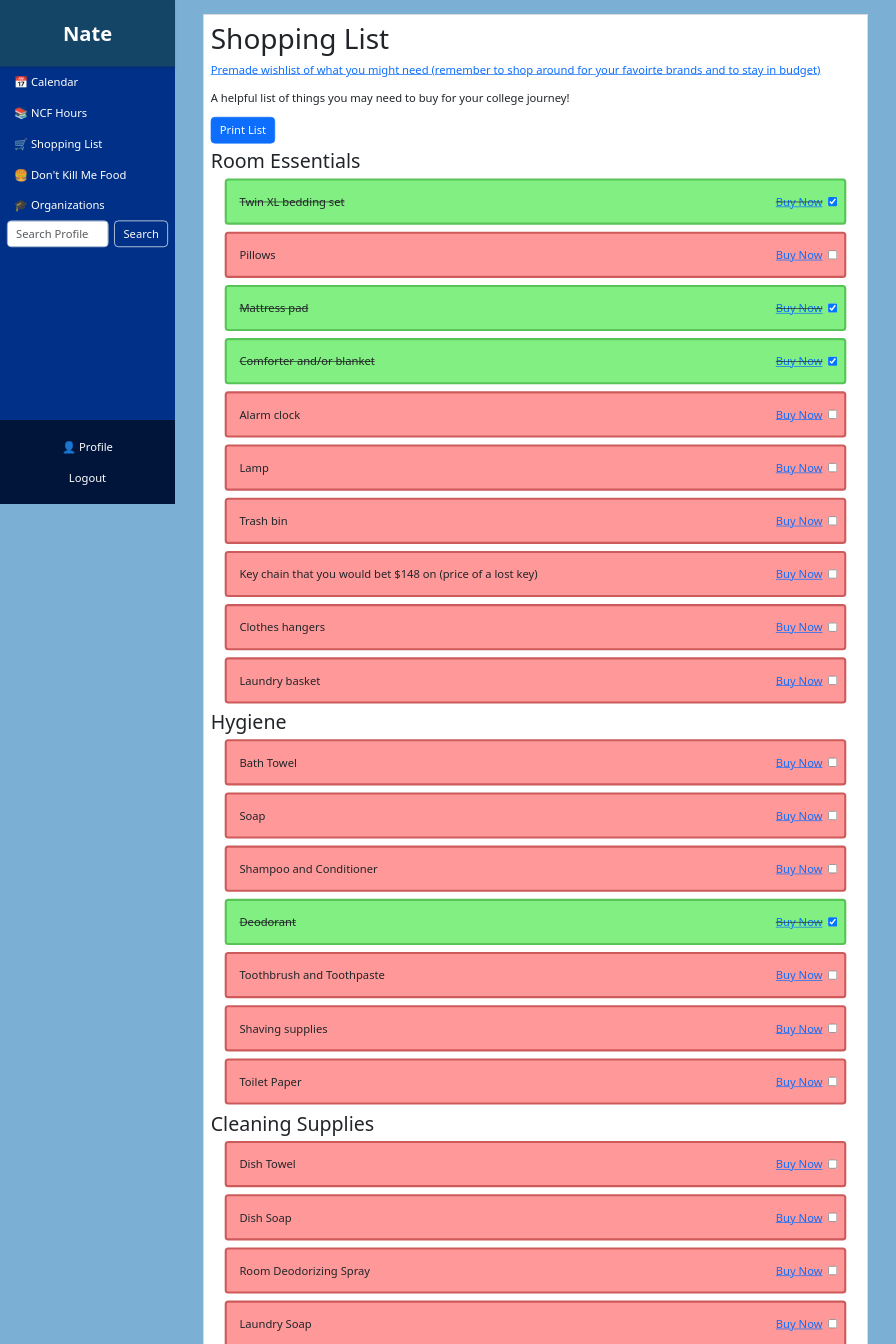
Repository: NateClarkTech/SoftwareEngineeringProject2
Page: http://localhost/shoppinglist/
The author's editor kept a copy of each file at every save. The page is drawn from the files as they stood at one save, then again after the next save.
The browser window is 1280 px wide. The pictures show the part of the page from y = 0 to 1920 px (the page is 4421 px tall), at 70% of full size.
The page is served by the project's application, run on Django 5.2 (manage.py). The first stored user is signed in. The page reads the database file committed with the project.

Above is the page before, as saved 2024-03-12 18:02:28.

After the next save:
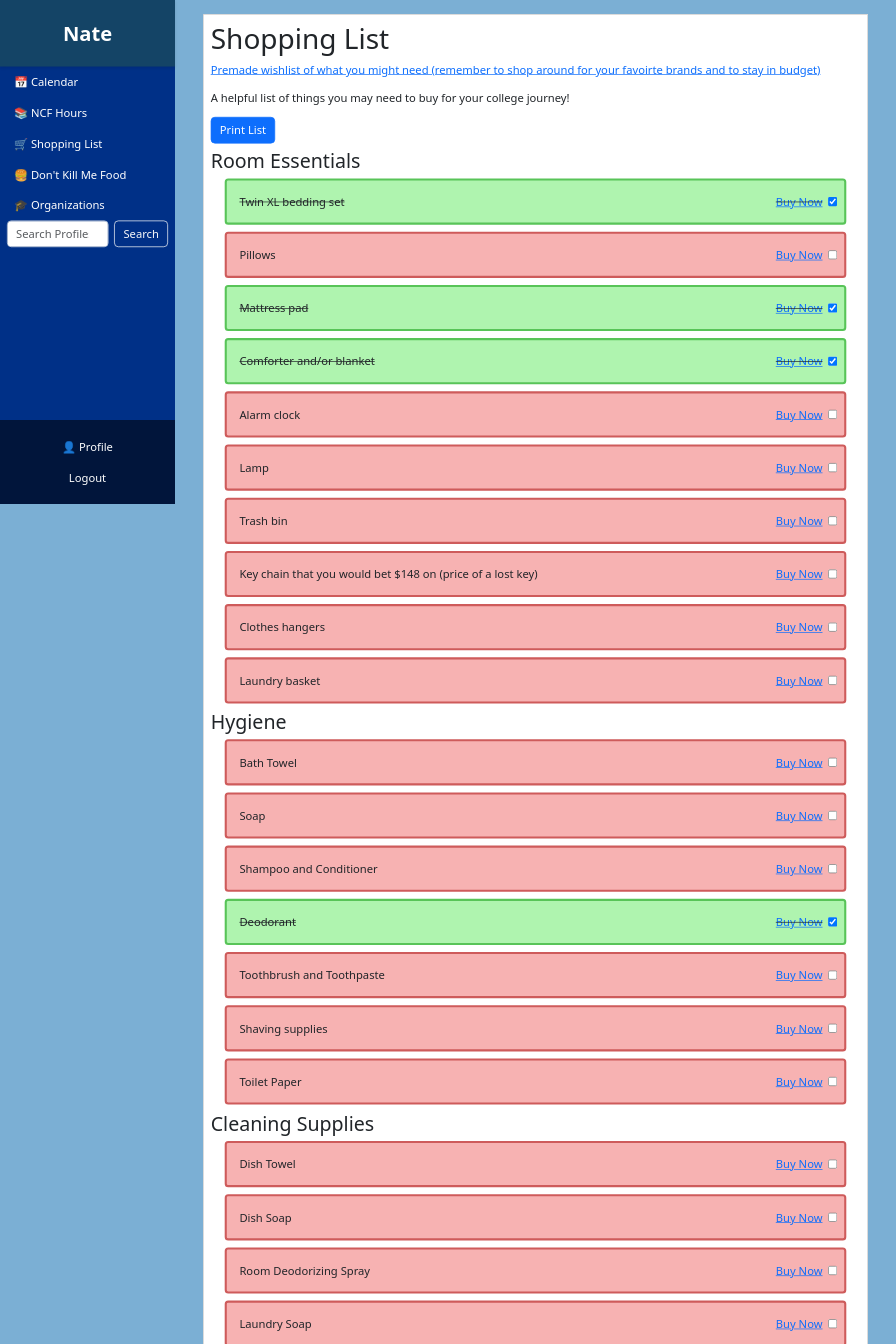
Saved 50 s later.
--- a/ShoppingList/templates/shoppinglist.html
+++ b/ShoppingList/templates/shoppinglist.html
@@ -20,7 +20,7 @@
         border-color: #58c458;
         border-radius: 5px;
         border-width: 3px;
-        background-color: #81ef81;
+        background-color: #aff4af;
     }
 
     .not-checked {
@@ -28,7 +28,7 @@
         border-color: #ce5b5b;
         border-radius: 5px;
         border-width: 3px;
-        background-color: #ff9999;
+        background-color: #f7b2b2;
     }
 </style>
 {% endblock %}
